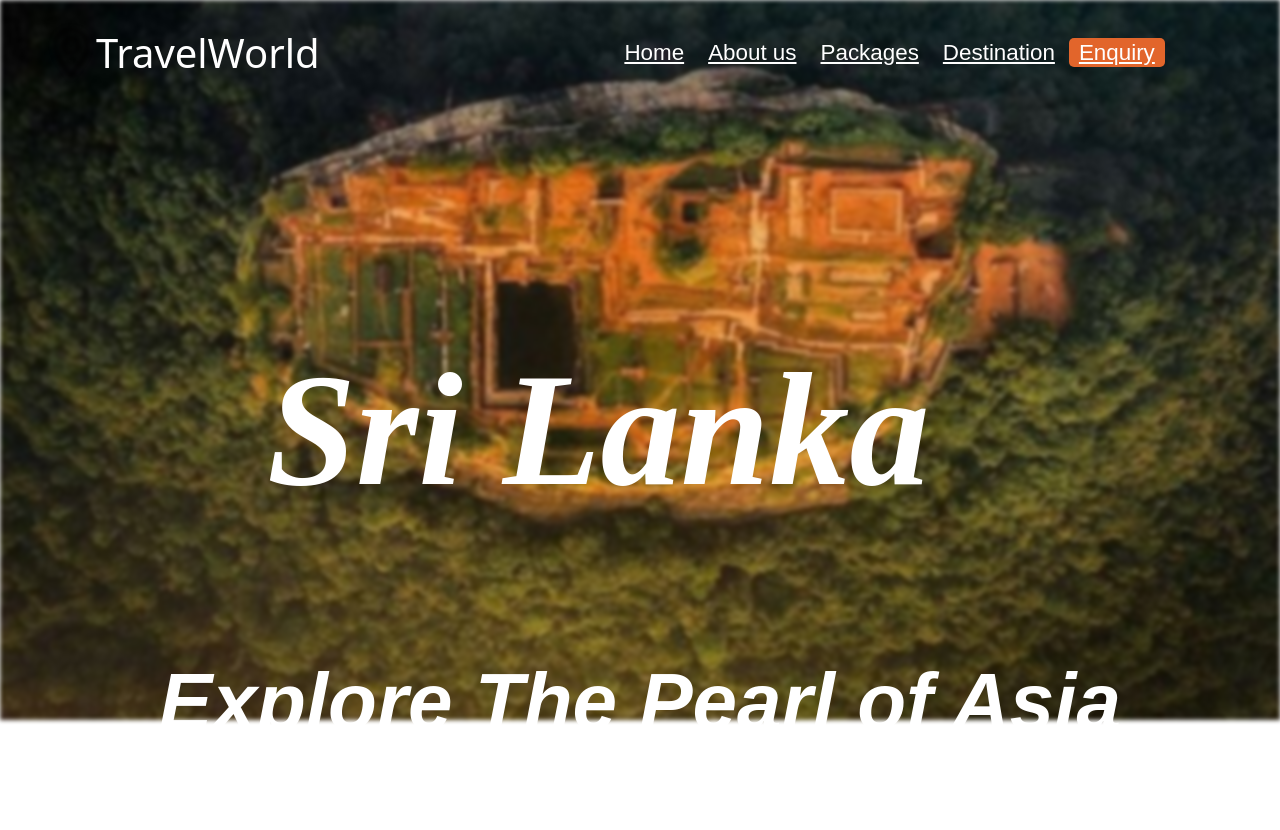
Repository: Haakim19/TavelWorld
Page: HTML/Home.html
These files come from the project's save history. The page is drawn as it stood at one moment and after the next save; the edit follows.
The browser window is 1280 px wide. The pictures show the whole page.
Some web fonts or font styles are not loaded; a fallback is used.

Above is the page before, as saved 2024-11-02 10:52:38.

### HTML/Home.html
<!DOCTYPE html>
<html lang="en">
    <head>
        <meta charset="UTF-8" />
		<meta name="viewport" content="width=device-width, initial-scale=1.0" />
		<title>Travel World</title>
		<link rel="stylesheet" href="../CSS/Navbar.css" />
        <link rel="preconnect" href="https://fonts.googleapis.com">
        <link rel="preconnect" href="https://fonts.gstatic.com" crossorigin>
        <link href="https://fonts.googleapis.com/css2?family=Irish+Grover&family=Jaldi:wght@400;700&family=Playwrite+GB+S:ital,wght@0,100..400;1,100..400&display=swap" rel="stylesheet">
	</head>
	<body>
        <div class="bg-img">

            <!-- Navigation Bar -->
            <nav class="navbar">
                <div class="logo">
                    <img src="../Assets/icon/location.png" alt="" />
                    Travel <span>World</span>
                </div>
                <div class="page">
                    <a href="Home.html">Home</a>
                    <a href="Aboutus.html">About us</a>
                    <a href="Packages.html">Packages</a>
                    <a href="Destination.html">Destination</a>
                    <a href="Enquiry.html" class="enquiry-btn">Enquiry</a>
                </div>
            </nav>
            <!-- Hero Section -->
            <section class="hero">
                <div class="hero-overlay">
                    <h1>Sri Lanka</h1>
                    <p>Explore The Pearl of Asia</p>
                </div>
            </section>
            <img class="hero-img" src="../Assets/Images/Pic01.jpg" alt="">
        </div>
	</body>
</html>

### CSS/Navbar.css
body{
    margin: 0;
    padding: 0;
    /* background-color: #ffffff; */
}
/* Background image */
.bg-img img{
    width: 100%;
    height: 100%;
    object-fit: cover;
    filter: blur(2px);
}

.hero-img {
    position:absolute;
    top: 0;
    z-index: 1;
    background-color:black;
}
/* Navigation bar */
nav{
    position: relative;
    display: flex;
    align-items: center;
    justify-content: space-between;
    z-index: 1000;
    padding-top: 20px;
}
.logo{
    margin-left: 5vh;
    font-family: "Irish Grover", system-ui;
    color: #ffffff;
    font-size: 2.5rem;
    display: flex;
    justify-content:center;
    align-items: center;
    padding: 5px 10px 5px 10px;
}
.logo img{
    width: 50px;
    height: 50px;
    color: #ffffff;
}

.page {
    margin-right : 16vh;

}

.page a{
    /* display: flex; */
    font-size: 1.4rem;
    color: #ffffff;
    font-family:"Jaldi", sans-serif;
    justify-content: space-evenly;
    align-items: center;
    padding: 2px 10px 2px 10px;

}
.page .enquiry-btn{
    background-color:#E2652B;
    color: white;
    border-radius: 5px;
}
section {
    position: relative;
    z-index: 1000;
    color: #ffffff;
    display: flex;
    flex-direction: column;
    justify-content: center;
    align-items: center;
    margin-top: 120px;

}

.hero .hero-overlay h1 {
    font-family: "Just Another Hand", cursive;
    font-weight: 700;
    font-style:italic;
    font-size: 10rem;
    margin-left: 15vh;
}

.hero .hero-overlay p {
    font-family:"Jaldi", sans-serif;
    font-weight: 700;
    font-style:italic;
    font-size: 5rem;
}

After the next save:
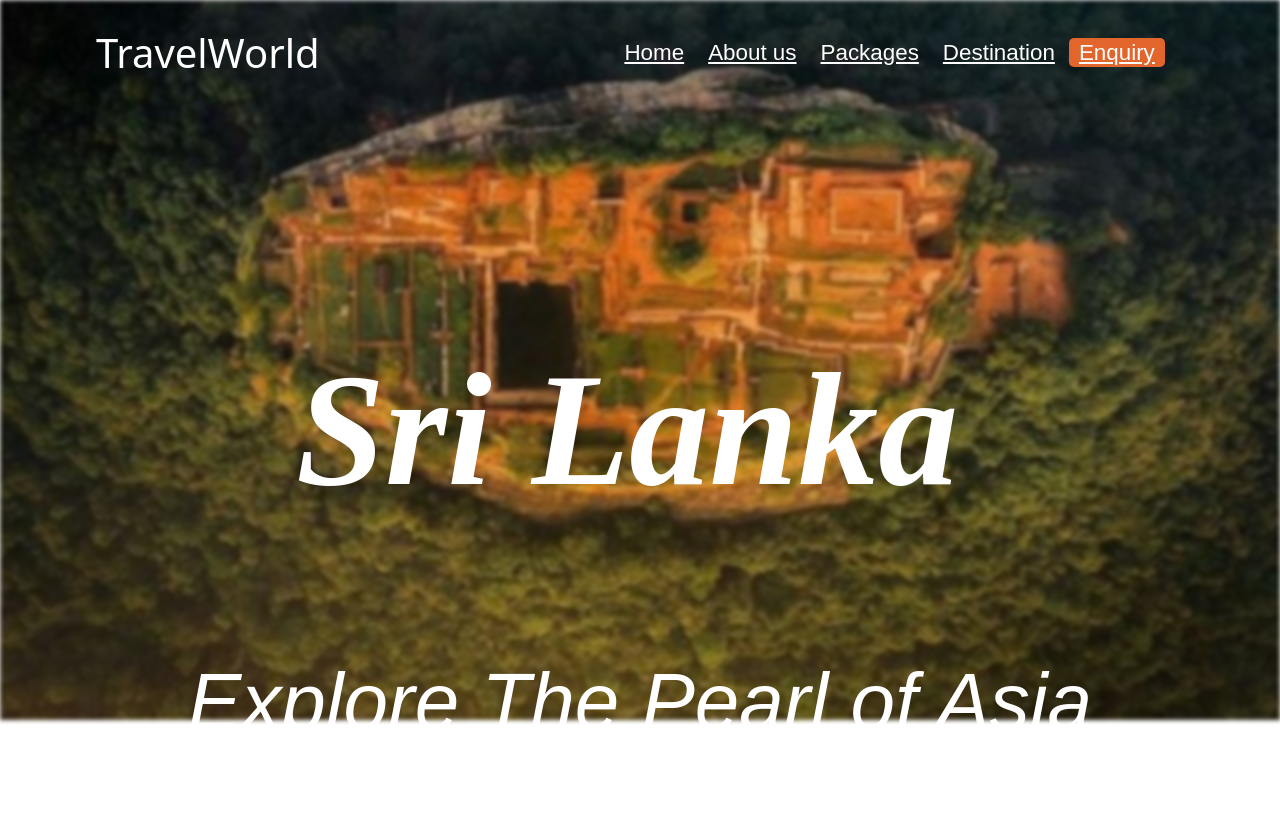
Saved 6 s later.
--- a/CSS/Navbar.css
+++ b/CSS/Navbar.css
@@ -84,7 +84,7 @@ section {
 
 .hero .hero-overlay p {
     font-family:"Jaldi", sans-serif;
-    font-weight: 700;
+    font-weight: 500;
     font-style:italic;
     font-size: 5rem;
 }
